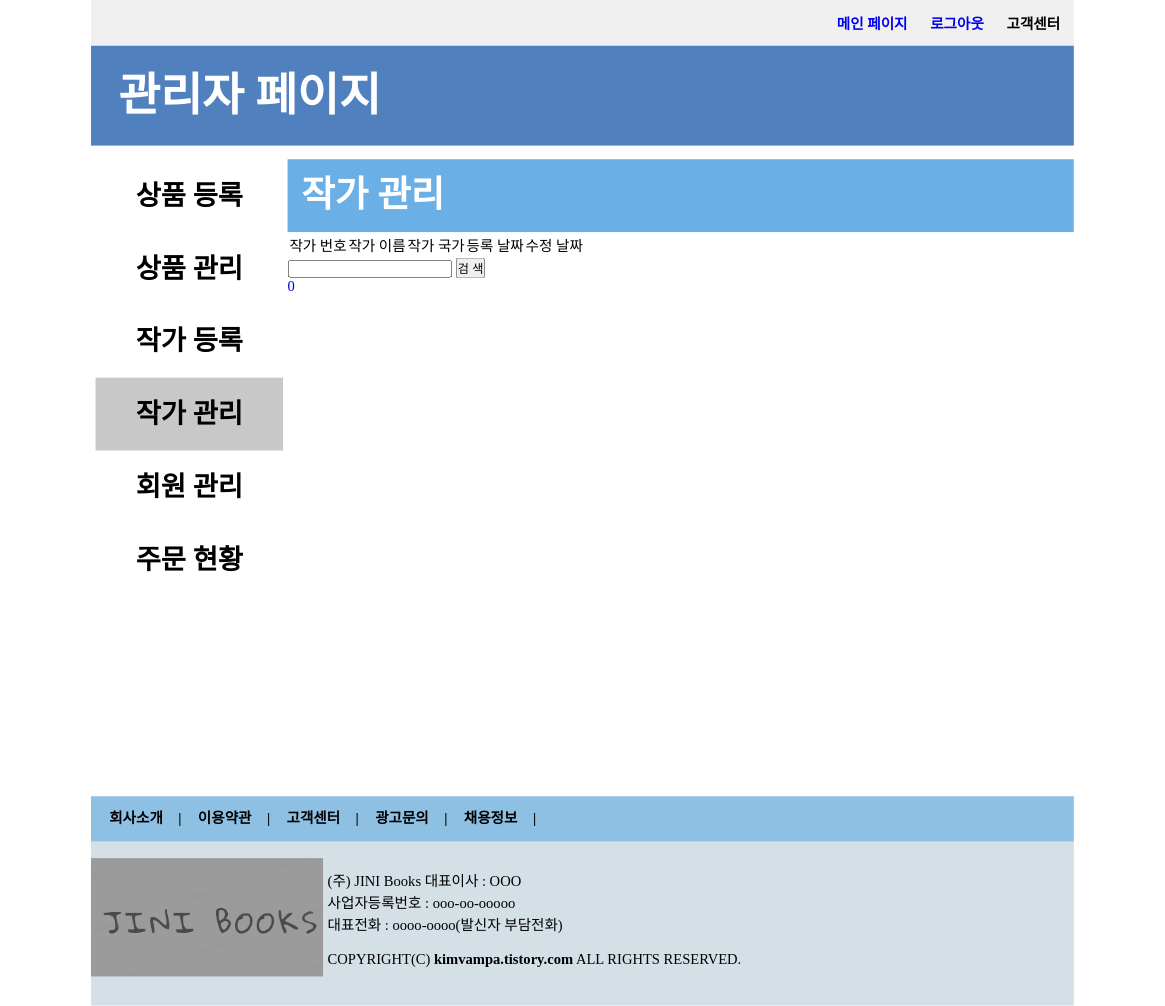
Repository: leechanjin7/ShoppingMall
Page: http://localhost/ShoppingMall/WEB-INF/views/admin/authorManage.jsp
The author's editor kept a copy of each file at every save. The page is drawn from the files as they stood at one save, then again after a run of saves.
The browser window is 1280 px wide. The pictures show the whole page, at 91% of full size.
The page is served by Tomcat 9. Nobody is signed in. Other server files are loaded and not shown. The template is opened directly, without the code that normally fills it, so the values that code supplies are empty.

Above is the page before, as saved 2023-09-08 02:15:01.

### workspace/ShoppingMall/src/main/webapp/WEB-INF/views/admin/authorManage.jsp
<%@ page language="java" contentType="text/html; charset=UTF-8"
    pageEncoding="UTF-8"%>
<%@ taglib uri="http://java.sun.com/jsp/jstl/core" prefix="c" %>
<%@ taglib prefix="fmt" uri="http://java.sun.com/jsp/jstl/fmt"%>
<!DOCTYPE html>
<html>
<head>
<meta charset="UTF-8">
<title>Insert title here</title>
<link rel="stylesheet" href="../resources/css/admin/authorManage.css">

<script
  src="https://code.jquery.com/jquery-3.4.1.js"
  integrity="sha256-WpOohJOqMqqyKL9FccASB9O0KwACQJpFTUBLTYOVvVU="
  crossorigin="anonymous"></script>
</head>
</head>
<body>

   				<%@include file="../includes/admin/header.jsp" %>

                <div class="admin_content_wrap">
                    <div class="admin_content_subject"><span>작가 관리</span></div>
                    <div class="author_table_wrap">
                    	<!-- 게시물 o -->
                    	<c:if test = "${listCheck != 'empty'}">
	                    	<table class="author_table">
	                    		<thead>
	                    			<tr>
	                    				<td class="th_column_1">작가 번호</td>
	                    				<td class="th_column_2">작가 이름</td>
	                    				<td class="th_column_3">작가 국가</td>
	                    				<td class="th_column_4">등록 날짜</td>
	                    				<td class="th_column_5">수정 날짜</td>
	                    			</tr>
	                    		</thead>
	                    		<c:forEach items="${list}" var="list">
	                    		<tr>
	                    			<td><c:out value="${list.authorId}"></c:out> </td>
	                    			<td>
	                    				<a class = "move" href='<c:out value="${list.authorId}"/>'>
	                    					<c:out value="${list.authorName}"></c:out>
	                    				</a>
	                    			</td>
	                    			<td><c:out value="${list.nationName}"></c:out> </td>
	                    			<td><fmt:formatDate value="${list.regDate}" pattern="yyyy-MM-dd"/></td>
	                    			<td><fmt:formatDate value="${list.updateDate}" pattern="yyyy-MM-dd"/></td>
	                    		</tr>
	                    		</c:forEach>
	                    	</table>
						</c:if>

						<!-- 게시물 x -->
						<c:if test="${listCheck == 'empty' }">
							<div class="table_empty">
								등록된 작가가 없습니다.
							</div>
						</c:if>

                    </div>

                    <!-- 검색 영역 -->
                    <div class="search_wrap">
                    	<form id="searchForm" action="/admin/authorManage" method="get">
                    		<div class="search_input">
                    			<input type="text" name="keyword" value='<c:out value="${pageMaker.cri.keyword}"></c:out>'>
                    			<input type="hidden" name="pageNum" value='<c:out value="${pageMaker.cri.pageNum }"></c:out>'>
                    			<input type="hidden" name="amount" value='${pageMaker.cri.amount}'>
                    			<button class='btn search_btn'>검 색</button>
                    		</div>
                    	</form>
                    </div>

                    <!-- 페이지 이동 인터페이스 영역 -->
                    <div class="pageMaker_wrap" >

	                    <ul class="pageMaker">

	                    	<!-- 이전 버튼 -->
	                    	<c:if test="${pageMaker.prev}">
	                    		<li class="pageMaker_btn prev">
	                    			<a href="${pageMaker.pageStart - 1}">이전</a>
	                    		</li>
	                    	</c:if>

	                    	<!-- 페이지 번호 -->
	                    	<c:forEach begin="${pageMaker.pageStart}" end="${pageMaker.pageEnd}" var="num">
	                    		<li class="pageMaker_btn ${pageMaker.cri.pageNum == num ? "active":""}">
	                    			<a href="${num}">${num}</a>
	                    		</li>
	                    	</c:forEach>

	                    	<!-- 다음 버튼 -->
	                    	<c:if test="${pageMaker.next}">
	                    		<li class="pageMaker_btn next">
	                    			<a href="${pageMaker.pageEnd + 1 }">다음</a>
	                    		</li>
	                    	</c:if>

	                    </ul>

                    </div>
              		<form id="moveForm" action="/admin/authorManage" method="get">
						<input type="hidden" name="pageNum" value="${pageMaker.cri.pageNum}">
						<input type="hidden" name="amount" value="${pageMaker.cri.amount}">
						<input type="hidden" name="keyword" value="${pageMaker.cri.keyword}">
					</form>
                </div>

                <%@include file="../includes/admin/footer.jsp" %>
<script>

	$(document).ready(function(){

		let result = '<c:out value="${enroll_result}"/>';
		let mresult = '<c:out value="${modify_result}"/>';

		checkResult(result);
 		checkmResult(mresult);

		function checkResult(result){

			if(result == ''){
				return;
			}
			alert("작가 '${enroll_result}' 을 등록하였습니다.");
		}

 		function checkmResult(mresult){

			if(mresult == '1'){
				alert("작가 정보 수정을 완료하였습니다.");
			}else if(mresult == '0'){
				alert("작가 정보 수정을 실패했습니다.");
			}
		}

 		/* 삭제 결과 경고창 */
 		let delete_result = '${delete_result}';

 		if(delete_result == 1){
 			alert("삭제 완료");
 		} else if(delete_result == 2){
 			alert("해당 작가 데이터를 사용하고 있는 데이터가 있어서 삭제 할 수 없습니다.")
 		}


	});

	let moveForm = $('#moveForm');
	let searchForm = $('#searchForm');

	//페이지 이동 버튼
	$(".pageMaker_btn a").on("click", function(e){

		e.preventDefault();

		moveForm.find("input[name='pageNum']").val($(this).attr("href"));
		moveForm.submit();

	});

	//작가 검색 버튼 동작
	$("#searchForm button").on("click", function(e){

		e.preventDefault();

		//검색 키워드 유효성 검사
		if(!searchForm.find("input[name='keyword']").val()){
			alert("키워드를 입력하십시오");
			return false;
		}
		searchForm.find("input[name='pageNum']").val("1");

		searchForm.submit();

	});

	//작가 상세 페이지 이동
	$(".move").on("click", function(e){

		e.preventDefault();

		moveForm.append("<input type = 'hidden' name='authorId' value='"+ $(this).attr("href") +"'>");
		moveForm.attr("action","/admin/authorDetail");
		moveForm.submit();
	});




</script>

</body>
</html>

### workspace/ShoppingMall/src/main/webapp/WEB-INF/views/includes/admin/header.jsp
<%@ page language="java" contentType="text/html; charset=UTF-8"
    pageEncoding="UTF-8"%>


    <div class="wrapper">
        <div class="wrap">
            <!-- gnv_area -->
            <div class="top_gnb_area">
                <ul class="list">
                    <li><a href="/main">메인 페이지</a></li>
                    <li><a href="/member/logout.do">로그아웃</a></li>
                    <li>고객센터</li>
                </ul>
            </div>
            <!-- top_subject_area -->
            <div class="admin_top_wrap">
                <span>관리자 페이지</span>

            </div>
            <!-- contents-area -->
            <div class="admin_wrap">
                <!-- 네비영역 -->
                <div class="admin_navi_wrap">
                  <ul>
                      <li >
                          <a class="admin_list_01" href="/admin/goodsEnroll">상품 등록</a>
                      </li>
                      <li>
                          <a class="admin_list_02" href="/admin/goodsManage">상품 관리</a>
                      </li>
                      <li>
                          <a class="admin_list_03" href="/admin/authorEnroll">작가 등록</a>
                      </li>
                      <li>
                          <a class="admin_list_04" href="/admin/authorManage">작가 관리</a>
                      </li>
                      <li>
                          <a class="admin_list_05">회원 관리</a>
                      </li>
                      <li>
	                      <a class="admin_list_06" href="/admin/orderList">주문 현황</a>
	                  </li>
                  </ul>
                </div>

### workspace/ShoppingMall/src/main/webapp/WEB-INF/views/includes/admin/footer.jsp
<%@ page language="java" contentType="text/html; charset=UTF-8"
    pageEncoding="UTF-8"%>

     <div class="clearfix"></div>
            </div>


        <!-- Footer 영역 -->
        <div class="footer_nav">
            <div class="footer_nav_container">
                <ul>
                    <li>회사소개</li>
                    <span class="line">|</span>
                    <li>이용약관</li>
                    <span class="line">|</span>
                    <li>고객센터</li>
                    <span class="line">|</span>
                    <li>광고문의</li>
                    <span class="line">|</span>
                    <li>채용정보</li>
                    <span class="line">|</span>
                </ul>
            </div>
        </div> <!-- class="footer_nav" -->

        <div class="footer">
            <div class="footer_container">

                <div class="footer_left">
                    <img src="resources/img/Logo.png">
                </div>
                <div class="footer_right">
                    (주) JINI Books    대표이사 : OOO
                    <br>
                    사업자등록번호 : ooo-oo-ooooo
                    <br>
                    대표전화 : oooo-oooo(발신자 부담전화)
                    <br>
                    <br>
                    COPYRIGHT(C) <strong>kimvampa.tistory.com</strong>    ALL RIGHTS RESERVED.
                </div>
                <div class="clearfix"></div>
            </div>
        </div> <!-- class="footer" -->

        </div>
    </div>

### workspace/ShoppingMall/src/main/webapp/resources/css/admin/authorManage.css
@charset "UTF-8";
*{
    margin: 0;
    padding:0;
}
a{
    text-decoration: none;
}
ul{
    list-style: none;
}
/* 화면 전체 렙 */
.wrapper{
    width: 100%;
}
/* content 랩 */
.wrap{
    width : 1080px;
    margin: auto;
}
/* 홈페이지 기능 네비 */
.top_gnb_area{
    width: 100%;
    height: 50px;
    background-color: #f0f0f1;
    position:relative;
}
.top_gnb_area .list{
    position: absolute;
    top: 0px;
    right: 0;

}
.top_gnb_area .list li{
    list-style: none;
    float : left;
    padding: 13px 15px 0 10px;
    font-weight: 900;
    cursor: pointer;
}

/* 관리제 페이지 상단 현페이지 정보 */
.admin_top_wrap{
    height:110px;
    line-height: 110px;
    background-color: #5080bd;
    margin-bottom:15px;
}
.admin_top_wrap>span{
    margin-left: 30px;
    display:inline-block;
    color: white;
    font-size: 50px;
    font-weight: bolder;
}
/* 관리자 wrap(네비+컨텐츠) */
.admin_wrap{


}

/* 관리자페이지 네비 영역 */
.admin_navi_wrap{
    width: 20%;
    height: 300px;
    float:left;
    height: 100%;
}
.admin_navi_wrap li{
    display: block;
    height: 80px;
    line-height: 80px;
    text-align: center;
}
.admin_navi_wrap li a{
    display: block;
    height: 100%;
    width: 95%;
    margin: 0 auto;
    cursor: pointer;
    font-size: 30px;
    font-weight: bolder;
}
.admin_navi_wrap li a:link {color: black;}
.admin_navi_wrap li a:visited {color: black;}
.admin_navi_wrap li a:active {color: black;}
.admin_navi_wrap li a:hover {color: black;}

.admin_list_04{
    background-color: #c8c8c8;
}


/* 관리자페이지 컨텐츠 영역 */
.admin_content_wrap{
    width: 80%;
    float:left;
    height: 100%;
    min-height : 700px;

}
.admin_content_subject{            /* 관리자 컨텐츠 제목 영역 */
    font-size: 40px;
    font-weight: bolder;
    padding-left: 15px;
    background-color: #6AAFE6;
    height: 80px;
    line-height: 80px;
    color: white;
}

/* footer navai 영역 */
.footer_nav{
    width:100%;
    height:50px;
}
.footer_nav_container{
    width: 100%;
    height: 100%;
    background-color:#8EC0E4;
}
.footer_nav_container>ul{
    font-weight : bold;
    float:left;
    list-style:none;
    position:relative;
    padding-top:10px;
    line-height: 27px;
    font-family: dotum;
    margin-left: 10px;
}
.footer_nav_container>ul>li{
    display:inline;
    width: 45px;
    height: 19px;
    padding: 10px 9px 0 10px;
}
.footer_nav_container>ul>span{
    margin: 0 4px;
}
/* footer 영역 */
.footer{
    width:100%;
    height:130px;
    background-color:#D4DFE6;
    padding-bottom : 50px;
}
.footer_container{
    width: 100%;
    height: 100%;
    margin: auto;
}
.footer_left>img {
    width: 150%;
    height: 130px;
    margin-left: -20px;
    margin-top: -12px;
}
.footer_left{
    float :left;
    width: 170px;
    margin-left: 20px;
    margin-top : 30px;

}
.footer_right{
    float :left;
    width: 680px;
    margin-left: 70px;
    margin-top : 30px;
}




/* float 속성 해제 */
.clearfix{
    clear: both;
}

After the next 2 saves:
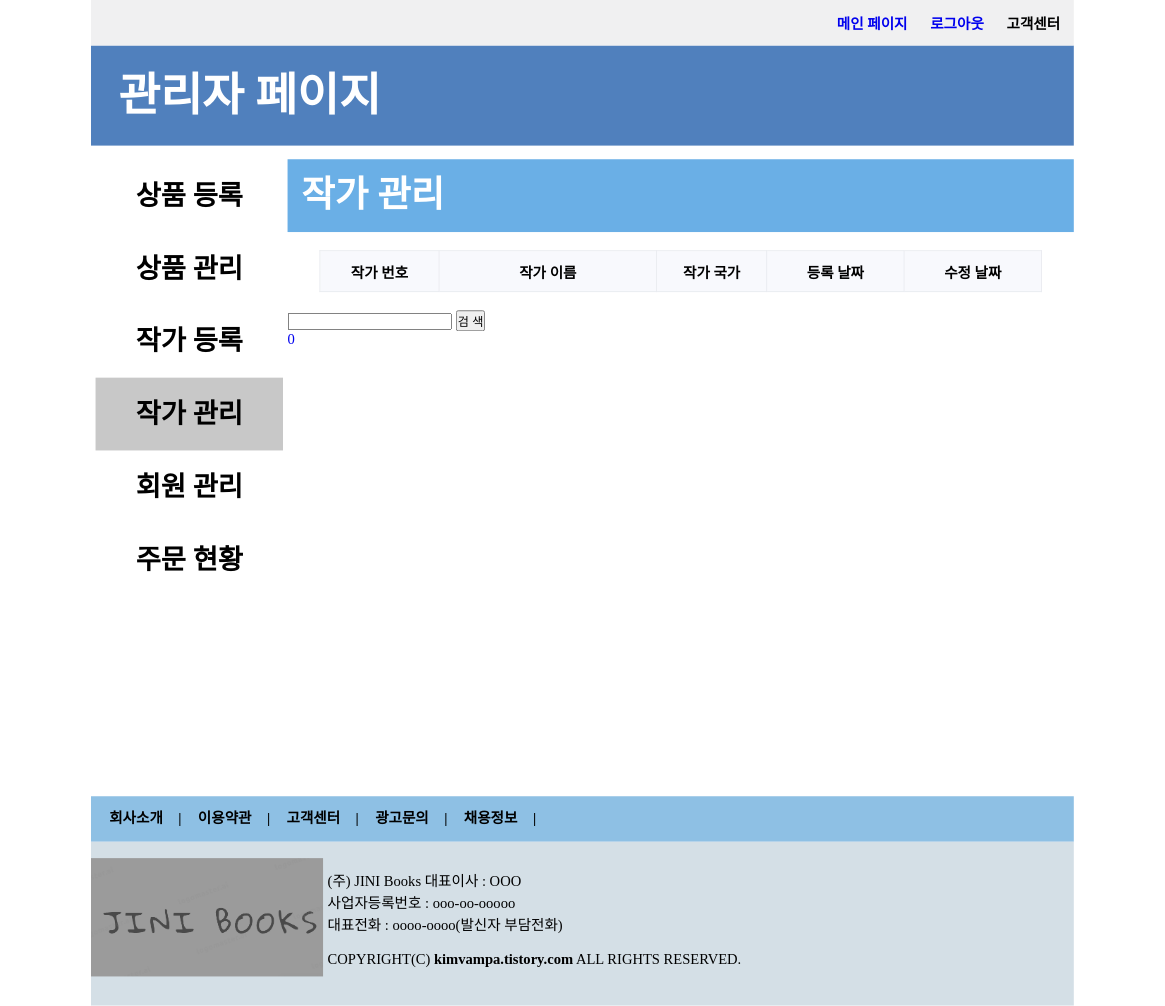
The 2 saves are shown as one change because they came seconds apart.
The last was saved 7 min 57 s later.
--- a/workspace/ShoppingMall/src/main/webapp/resources/css/admin/authorManage.css
+++ b/workspace/ShoppingMall/src/main/webapp/resources/css/admin/authorManage.css
@@ -170,6 +170,37 @@ ul{
     margin-top : 30px;
 }
 
+/* 작가 목록 영역 */
+.author_table_wrap{
+	padding: 20px 35px
+}
+.author_table{
+	width: 100%;
+    border: 1px solid #d3d8e1;
+    text-align: center;
+    border-collapse: collapse;
+}
+.author_table td{
+	padding: 10px 5px;
+	border : 1px solid #e9ebf0;
+}
+.author_table thead{
+	background-color: #f8f9fd;
+	font-weight: 600;
+}
+.th_column_1{
+	width:120px;
+}
+.th_column_3{
+	width:110px;
+}
+.th_column_4{
+	width:140px;
+}
+.th_column_5{
+	width:140px;
+}
+
 
 
 
